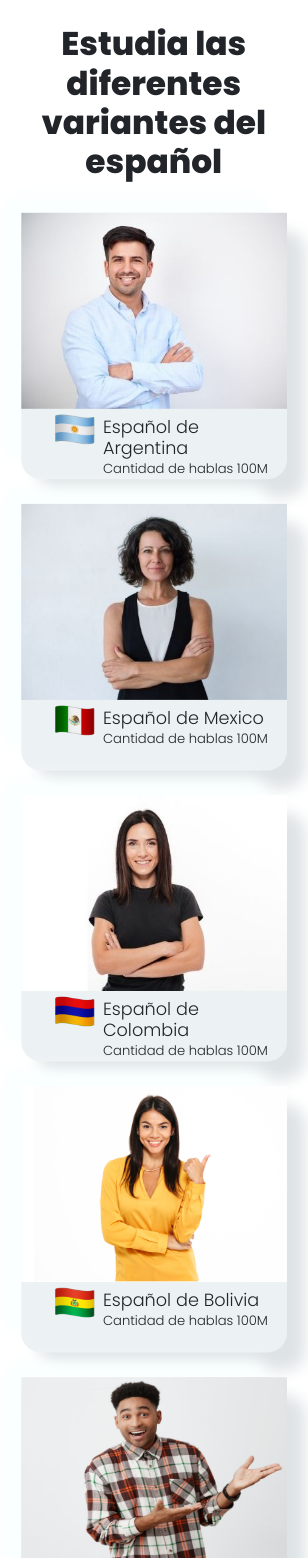
Repository: AgustinGarciaDev/Hispanila
Page: index.html
The author's editor kept a copy of each file at every save. The page is drawn from the files as they stood at one save, then again after the next save.
The browser window is 375 px wide. The pictures show the part of the page from y = 430 to 2330 px (the page is 5410 px tall before and 5214 px after), at 82% of full size.
Some web libraries are served in a nearby version. The style sheet was rebuilt from its Sass, Less or Tailwind sources for each picture, by a compiler version that may differ from the author's.

Above is the page before, as saved 2021-01-28 22:58:20.

### index.html
<!DOCTYPE html>
<html lang="en">

<head>
    <meta charset="UTF-8">
    <title>Inicio</title>
    <meta name="viewport" content="width=device-width, user-scalable=no">
    <meta name="description" content="Encontra profesor que se adecue a tus objetivos y logra tus metas. Aprende las distintas variantes del español en Hispanila">
    <meta name="keywords" content="español , hispanila, profesores, profesor">
    <link rel="stylesheet" href="https://cdnjs.cloudflare.com/ajax/libs/animate.css/4.1.1/animate.min.css" />
    <link rel="stylesheet" href="https://use.fontawesome.com/releases/v5.8.1/css/all.css" integrity="sha384-50oBUHEmvpQ+1lW4y57PTFmhCaXp0ML5d60M1M7uH2+nqUivzIebhndOJK28anvf" crossorigin="anonymous">
    <link rel="preconnect" href="https://fonts.gstatic.com">
    <link rel="preconnect" href="https://fonts.gstatic.com">
    <link href="https://fonts.googleapis.com/css2?family=Poppins:ital,wght@0,200;0,300;0,800;0,900;1,200;1,500&display=swap" rel="stylesheet">
    <link href="https://fonts.googleapis.com/css2?family=Archivo:ital@0;1&display=swap" rel="stylesheet">
    <link href="https://cdn.jsdelivr.net/npm/bootstrap@5.0.0-beta1/dist/css/bootstrap.min.css" rel="stylesheet" integrity="sha384-giJF6kkoqNQ00vy+HMDP7azOuL0xtbfIcaT9wjKHr8RbDVddVHyTfAAsrekwKmP1" crossorigin="anonymous">
    <link rel="stylesheet" href="./css/style.css">
    <link rel="stylesheet" href="stylemod.css">

</head>

<body>
    <header>
        <nav class="navbar navbar-expand-lg navbar-light bg-light nav-color">
            <div class="container-fluid">
                <a class="navbar-brand" href="./index.html"><img class="logo" src="./img/Hispanila_opt.png" alt=""></a>
                <button class="navbar-toggler" type="button" data-bs-toggle="collapse" data-bs-target="#navbarSupportedContent" aria-controls="navbarSupportedContent" aria-expanded="false" aria-label="Toggle navigation">
            <span class="navbar-toggler-icon"></span>
          </button>
                <div class="collapse navbar-collapse" id="navbarSupportedContent">
                    <ul class="navbar-nav me-auto mb-2 mb-lg-0">
                        <li class="nav-item">
                            <a class="nav-link active" aria-current="page" href="./index.html">Inicio</a>
                        </li>
                        <li class="nav-item">
                            <a class="nav-link" href="./we.html">Nosotros</a>
                        </li>
                        <li class="nav-item">
                            <a class="nav-link" href="./contact.html">Contacto</a>
                        </li>
                        <li class="nav-item">
                            <a class="nav-link" href="./searchteacer.html">Buscar profesores</a>
                        </li>
                    </ul>
                </div>
            </div>
        </nav>
    </header>
    <main>
        <div class="hero">
            <div class="box">
                <div class="animate__animated animate__backInLeft">
                    <h1 class="hero__title_h1">Empeza hoy con tus clases de español</h1>
                </div>

                <p class="hero__title_p">Toma tus clases desde cualquier parte del mundo!</p>
                <a class="hero__bottom" href="#" role="button">EMPEZAR HOY</a>
            </div>

        </div>
        <div class="animate__animated animate__backInLeft">
            <h2 class="Tittle_h2">Estudia las diferentes variantes del español</h2>
        </div>
        <div class="block-band">
            <div class="card-band ">

                <a href="./searchteacer.html"> <img class="teacher-photo" src="./img/teacher-arg.jpg" alt=""></a>
                <div class="content-band">
                    <a href="./searchteacer.html"> <img class="band" src="./img/argentina.png" alt=""></a>
                    <div class="info-card">
                        <a href="./searchteacer.html" class="link">
                            <h4>Español de Argentina</h4>
                            <p>Cantidad de hablas 100M</p>
                        </a>
                    </div>
                </div>
            </div>
            <div class="card-band">
                <a href="./searchteacer.html"> <img class="teacher-photo" src="./img/woman-teacher-mex.jpg" alt="profesora de mexico">
                    <div class="content-band">
                        <img class="band" src="./img/mexico.png" alt="">
                        <div class="info-card">
                            <a href="./searchteacer.html" class="link">
                                <h4>Español de Mexico</h4>
                                <p>Cantidad de hablas 100M</p>
                            </a>
                        </div>
                    </div>
                </a>
            </div>

            <div class="card-band">
                <a href="./searchteacer.html"><img class="teacher-photo" src="./img/women-teacher.jpg" alt="">
                    <div class="content-band">
                        <img class="band" src="./img/ecuador.png" alt="">
                        <div class="info-card">
                            <a href="./searchteacer.html" class="link">
                                <h4>Español de Colombia</h4>
                                <p>Cantidad de hablas 100M</p>
                            </a>
                        </div>
                    </div>
                </a>
            </div>
            <div class="card-band ">
                <img class='teacher-photo' src="./img/woman-bo.png " alt=" ">
                <div class="content-band ">
                    <img class="band " src="./img/bolivia.png " alt=" ">
                    <div class="info-card ">
                        <a href="./searchteacer.html" class="link">
                            <h4>Español de Bolivia</h4>
                            <p>Cantidad de hablas 100M</p>
                        </a>

                    </div>
                </div>
            </div>
            <div class="card-band ">
                <img class='teacher-photo' src="./img/teacher-peru.png " alt=" ">
                <div class="content-band ">
                    <img class="band " src="./img/peru.png " alt=" ">
                    <div class="info-card ">
                        <a href="./searchteacer.html" class="link">
                            <h4>Español de Peru</h4>
                            <p>Cantidad de hablas 100M</p>
                        </a>

                    </div>
                </div>
            </div>
            <div class="card-band ">
                <img class='teacher-photo' src="./img/teacher-panama.jpg " alt="profesor de panama ">
                <div class="content-band ">
                    <img class="band " src="./img/panama.png " alt=" ">
                    <div class="info-card ">
                        <a href="./searchteacer.html" class="link">
                            <h4>Español de Panana</h4>
                            <p>Cantidad de hablas 100M</p>
                        </a>

                    </div>
                </div>
            </div>
        </div>
        </div>
        <div class="animate__animated animate__backInLeft ">
            <h2 class="Tittle_h2">¿Por qué estudiar en Hispanila?</h2>
        </div>
        <section>
            <div class="block-band">
                <div class="card__study__resson">
                    <img class="card__study__img" src="/img/svg/character 6.svg" alt="chico sentado en la computadora">
                    <h3 class="card__study_text">Estudia a tu ritmo</h1>
                        <p class="card__study_text">Toma las clases que quieras y en cualquier momento</p>
                        <a class="card__study__btn" href="">Empezar ahora</a>
                </div>
                <div class="card__study__resson">
                    <img class="card__study__img" src="/img/svg/character 16.svg" alt="chico sentado en la computadora">
                    <h3 class="card__study_text">Paga por clase</h1>
                        <p class="card__study_text">Puedes tomar una clase o pagar por pack de clases</p>
                        <a class="card__study__btn" href="">Empezar ahora</a>
                </div>
                <div class="card__study__resson">
                    <img class="card__study__img" src="/img/svg/character 12.svg" alt="chico sentado en la computadora">
                    <h3 class="card__study_text">Aprendizaje personalizado</h1>
                        <p class="card__study_text">Profesores profesionales que guiaran tu aprendizaje</p>
                        <a class="card__study__btn" href="">Empezar ahora</a>
                </div>
            </div>
        </section>
    </main>
    <footer class="footer ">
        <div class="list__footer ">
            <p class="list__footer__p-modifier ">Hispanila</p>
            <li class="list__footer__li-modifier "> <a class="list__footer__a-modifier " href="/index.html ">Inicio</a></li>
            <li class="list__footer__li-modifier "> <a class="list__footer__a-modifier " href="/searchteacer.html ">Encontrar profesores</a></li>
            <li class="list__footer__li-modifier "><a class="list__footer__a-modifier " href="/contacte.html ">Contacto</a></li>
            <li class="list__footer__li-modifier "><a class="list__footer__a-modifier " href="/we.html ">Nosotros</a></li>
            <li class="list__footer__li-modifier "><a class="list__footer__a-modifier " href="/we.html ">Ser profesor</a></li>
        </div>
        <div class="list__footer ">
            <p class="list__footer__p-modifier ">Profesores particulares</p>
            <li class="list__footer__li-modifier "> <a class="list__footer__a-modifier " href=" https://www.facebook.com/ "> Profesores de español Mexicano</a></li>
            <li class="list__footer__li-modifier "><a class="list__footer__a-modifier " href="https://twitter.com/home "> Profesores de español España</a></li>
            <li class="list__footer__li-modifier "><a class="list__footer__a-modifier " href="https://www.instagram.com/ "> Profesores de español Argentino</a></li>
        </div>

        <div class="list__footer ">
            <p class="list__footer__p-modifier "> Redes sociales</p>
            <li class="list__footer__li-modifier "></li><img class="list__footer__img-modifier " src="./img/facebook.svg " alt=" "> <a class="list__footer__a-modifier " href="https://www.facebook.com/ ">Facebook</a></li>
            <li class="list__footer__li-modifier "></li><img class="list__footer__img-modifier " src="./img/gorjeo.svg " alt=" "> <a class="list__footer__a-modifier " href="https://twitter.com/home ">Twitter</a></li>
            <li class="list__footer__li-modifier "></li><img class="list__footer__img-modifier " src="./img/instagram.svg " alt=" "> <a class="list__footer__a-modifier " href="https://www.instagram.com/ ">Instagram</a></li>
        </div>
    </footer>
    <script src="https://cdn.jsdelivr.net/npm/bootstrap@5.0.0-beta1/dist/js/bootstrap.bundle.min.js " integrity="sha384-ygbV9kiqUc6oa4msXn9868pTtWMgiQaeYH7/t7LECLbyPA2x65Kgf80OJFdroafW " crossorigin="anonymous "></script>
</body>

</html>

### stylemod.css
.nav-color {
    background-color: #ff9000 !important;
    height: 65px;
    box-shadow: 2px 2px 4px #d97a00, -5px -5px 4px #ffa600;
}

.nav-link {
    color: white !important;
}

.hero {
    display: grid;
    grid-template-columns: 2fr 2fr;
    height: 600px;
    background-image: url(http://baravdg.com/wp-content/uploads/2021/01/hero-background.png);
    background-position: center;
    background-repeat: no-repeat;
    background-size: cover;
}

.hero .box {
    display: flex;
    flex-direction: column;
    margin: auto;
    padding-left: 30px;
}

.hero__title_h1 {
    color: white;
    font-weight: 700;
    font-size: 50px;
}

.hero__title_p {
    color: white;
    font-size: 30px;
    font-size: 400;
}

.hero__bottom {
    width: 200px;
    color: white;
    padding: 10px;
    text-align: center;
    text-decoration: none;
    font-size: 'Poppins', sans-serif;
    font-weight: 800;
    border-radius: 8px;
    background: linear-gradient(145deg, #ffd529, #d8b322);
}


/* EMPIEZA LAS CARD DE LAS BANDERAS */

.Tittle_h2 {
    text-align: center;
    padding: 30px;
    font-size: 40px;
    font-weight: 800;
}

.block-band {
    display: grid;
    grid-template-columns: repeat(3, 1fr);
    grid-column-gap: 30px;
    grid-row-gap: 30px;
    justify-items: center;
}

.link {
    color: inherit;
    text-decoration: inherit;
}

.card-band {
    border-radius: 24px;
    border-radius: 24px;
    background: #ecf1f4;
    box-shadow: 22px 22px 18px #dee3e5, -22px -22px 18px #faffff;
    width: 400px;
    height: 372px;
}

.content-band {
    display: flex;
    padding-left: 40px;
    padding-bottom: 10px;
}

.info-card {
    padding-top: 9px;
    padding-left: 10px;
}

.info-card h4 {
    margin: 0;
}

.info-card p {
    margin: 0;
    margin-left: 6;
}

.card-band .teacher-photo {
    width: 400px;
    height: 300px;
}

.card-band .band {
    height: 50px;
    width: 50px;
}

.card-prof {
    margin: 40px;
    padding: 40px;
}

.table-proyect {
    padding: 40px;
}


/* SLIDE*/

.card__study__resson {
    width: 300px;
    height: 572px;
}

.card__study__img {
    height: 400px;
    width: 200px;
    display: flex;
    margin: auto;
}

.card__study_text {
    text-align: center;
}

.card__study__btn {
    width: 200px;
    color: white;
    padding: 10px;
    justify-content: center;
    text-decoration: none;
    font-size: 'Poppins', sans-serif;
    font-weight: 800;
    border-radius: 8px;
    background: linear-gradient(145deg, #ffd529, #d8b322);
    display: flex;
    margin: auto;
}


/* CARD  porque estudiar Hispanila*/

.container-hispanila {
    margin-top: 100px;
    display: grid;
    grid-template-columns: repeat(3, 1fr);
    grid-column-gap: 30px;
    grid-row-gap: 30px;
    justify-items: center;
}

.hispanila-card {
    width: 300px;
    height: 400px;
    border: solid 1px black;
    padding: 20px;
    margin: auto;
}

.hispanila-card img {
    width: 300px;
    height: 200px;
}

.hispanila-card h3 {
    text-align: center;
}

.datos {
    display: grid;
    grid-template-columns: 1fr 1fr;
    grid-template-rows: 1fr 1fr;
    grid-column-gap: 10px;
    grid-row-gap: 10px;
}

.search-teacher {
    background: #e7eef3;
}

.container {
    height: 400px;
    width: 100%;
    background: white;
    margin-bottom: 20px;
    margin-top: 20px;
    box-shadow: 20px 20px 51px #c4cacf, -20px -20px 51px #ffffff;
}

.teacher-block {
    padding: 10px;
}

.teacher-date {
    display: flex;
    flex-direction: column;
    padding: 20px;
}

.teacher-date .teacher-score {
    flex-direction: row;
}

.teacher-date img {
    border-radius: 50%;
    height: 100px;
    width: 100px;
    margin: auto;
}

.teacher-date button {
    height: 30px;
    width: 120px;
    margin: auto;
}

.score-teacher {
    margin: auto;
    padding: 20px 0 20px 0;
    color: #FEC400;
}

.teacher-information {
    display: flex;
    flex-direction: column;
}

.teacher-information h1 {
    font-size: 20px;
}

.teacher-date-personal {
    display: flex;
    flex-direction: row;
    justify-content: space-between;
}

.teacher-posicion {
    display: inline;
}

.title-teacher p {
    font-size: 16px;
    font-weight: 200;
    margin: 4px;
}

.teacher-precie {
    font-size: 18px;
    font-weight: bold;
}

.teacher-posicion h4 {
    font-size: 20px;
    font-weight: 200;
}

.teacher-posicion .teacher-divider-card {
    border: solid 1px red;
    width: 15px;
    height: 3px;
    background: red;
}

.teacher-learning {
    font-weight: bold;
}

.level {
    display: inline-block;
    margin: 2px;
    height: 19px;
    width: 4px;
    background: red;
}

.level-four-lenguage {
    background: #dee3e5
}

.level-five-leanguage {
    background: #dee3e5
}

@media (max-width: 890px) {
    .block-band {
        grid-template-columns: repeat(2, 1fr);
    }
    .card-band .teacher-photo {
        width: 324px;
        height: 239px;
    }
    .card-band {
        width: 324px;
        height: 325px;
    }
}

@media (max-width: 520px) {
    .hero {
        height: 360px;
    }
    .block-band {
        grid-template-columns: none;
    }
    .carousel-item img {
        height: 240px;
    }
    .card__study__resson {
        width: 300px;
        height: 572px;
    }
    .nav-color {
        height: 70px;
    }
    .logo {
        margin-top: -20px;
    }
    .hero__title_h1 {
        font-size: 31px;
    }
    .hero__title_p {
        font-size: 17px;
    }
}

### scss/style.scss
@import"variables";
@import "header";
@import "footer";
@import "body";
@import "contac";
@import "profile";
@import "aboutUs";

### scss/_variables.scss
/* TIPOGRAFIAS */

$font-body: 'Poppins',
sans-serif;

/* SIZE TIPOGRAFIAS */

$nameteacher: 16px;
$titulocontacto: 20px;

/* ICONOS COLOR */

$color-start-icon: #FEC400;
$color-social:gray;

/*Color background*/

$color-box: linear-gradient(145deg, #d8e8f2, #b6c3cb);

/*Padding*/

$padding-currilum: 40px;

### scss/_header.scss
header {
    position: sticky;
    top: 0;
    z-index: 5;
}

### scss/_footer.scss
.footer {
    background-color: #F2F7FD;
    display: grid;
    grid-template-columns: repeat(3, 1fr);
    padding: 40px;
}

.list__footer__p-modifier {
    font-size: 20px;
}

.list__footer__li-modifier {
    list-style: none;
    align-items: center;
    display: flex;
    margin-bottom: 12px;
}

.list__footer__a-modifier {
    text-decoration: none;
    color: #252b2f;
}

.list-footer a:hover {
    text-decoration: underline;
}

.list__footer__img-modifier {
    width: 30px;
    height: 30px;
    margin-right: 8px;
}

@media (max-width: 768px) {
    .footer {
        display: flex;
        flex-wrap: wrap;
    }
    .list__footer {
        padding-left: 10px;
        padding-right: 10px;
        justify-content: center;
    }
}

@media (max-width: 520px) {}

### scss/_body.scss
body {
    margin: 0;
    font-family: $font-body;
}

### scss/_contac.scss
.row {
    margin-right: 0;
}

.email_img {
    width: 100%;
}

.icons__list {
    display: flex;
    justify-content: center;
}

.icons__list_a {
    text-decoration: none;
    color: $color-social;
    padding-bottom: 10px;
    padding-left: 5px;
    padding-right: 5px;
}

.icons__list__redsocial {
    display: flex;
    flex-direction: row;
    padding-top: 10px;
    justify-content: center;
}

.icons__list_logo_Redes {
    color: $color-social;
    font-size: 35px;
    margin: 0 10px;
}

.text-contact__h2 {
    font-size: $titulocontacto;
}

@media (max-width: 520px) {
    .text-contact__h1 {
        text-align: center;
    }
    .text-contact__h2 {
        font-size: $titulocontacto -7;
        text-align: center;
    }
}

### scss/_profile.scss
    .layout {
        display: grid;
        grid-template-columns: 2fr 1fr;
        grid-template-rows: 1fr;
        grid-column-gap: 10px;
        grid-row-gap: 10px;
        padding: 20px;
    }

    .layout__infoteache__video-modifier {
        width: 100%;
        height: 500px;
    }

    .layout__profile {
        border-radius: 8px;
        background: #ffffff;
        box-shadow: 8px 8px 55px #d9d9d9, -8px -8px 55px #ffffff;
    }

    .layaout__datachecher__layout__img-modifier {
        width: 80px;
        height: 80px;
        border-radius: 50%;
        display: flex;
        margin: auto;
    }

    .layaout__datachecher__h1-modifier {
        font-size: 30px;
        font-weight: 600;
    }

    .layaout__datachecher__h2-modifier {
        font-size: 14px;
    }

    .scoreteacher {
        display: flex;
        flex-direction: row;
    }

    .scoreteacher__icon--modifier {
        color: $color-start-icon;
        margin-top: 28px;
        margin-bottom: 2px;
    }

    .scoreteacher__number--modifier {
        margin-top: 26px;
        margin-bottom: 2px;
        padding-left: 9px;
    }

    .layout__sepator {
        border: 1px solid #10101030;
        margin: 10px;
    }

    .card {
        margin-bottom: 15px;
        margin-top: 15px;
    }

    .card-body {
        display: flex;
    }

    .clases__titulo-Modifier {
        font-size: 25px;
        font-size: 500;
    }

    .curriculum {
        margin: 30px 0;
        border-radius: 8px;
        background: #ffffff;
        box-shadow: 8px 8px 55px #d9d9d9, -8px -8px 55px #ffffff;
        padding: $padding-currilum;
    }

    .lessons__box {
        padding: 40px;
        margin: 30px 0;
        border-radius: 8px;
        background: #ffffff;
        box-shadow: 8px 8px 55px #d9d9d9, -8px -8px 55px #ffffff;
    }

    .Comentary {
        margin-top: 20px;
        background: #ffffff;
        box-shadow: 8px 8px 55px #d9d9d9, -8px -8px 55px #ffffff;
        padding: 30px;
    }

    .personaldata {
        display: flex;
        flex-direction: row;
    }

    .Comentary__grid {
        margin-top: 40px;
        display: grid;
        grid-template-columns: 1fr 1fr;
        grid-template-rows: 1fr 1fr 1fr;
        grid-row-gap: 30px;
    }

    .Comentary__layout {
        width: 350px;
        height: 140px;
        padding: 10px;
        background: rgba( 255, 255, 255, 0.00);
        box-shadow: 0 8px 10px 0 rgba( 31, 38, 135, 0.37);
        border-radius: 10px;
    }

    .personaldata img {
        border-radius: 50%;
        width: 50px;
        height: 50px;
    }

    .Reserva {
        position: sticky;
        top: 100px;
        height: 350px;
        border-radius: 8px;
        background: #ffffff;
        box-shadow: 8px 8px 55px #d9d9d9, -8px -8px 55px #ffffff;
    }

    .Reserva__precios_layout {
        padding-bottom: 10px;
        padding-top: 10px;
    }

    .boton__ML {
        display: flex;
        justify-content: center;
    }

    .mercadopago-button {
        height: 40px;
        font-weight: 300px;
        font-family: $font-body;
        background-color: #00b1ff!important;
        width: 100%;
        border-radius: 1px;
        background: $color-box;
        box-shadow: 5px 5px 9px #b8c5ce, -5px -5px 9px #dcedf6;
    }

    .Reserva__divider {
        border: 1px solid gray;
    }

    .Reserva__contact {
        text-align: center;
        padding: 20px;
    }

    .Reserva__contact_boton {
        display: block;
        font-weight: 400;
        padding: 20px;
        text-decoration: none;
        color: white;
        background: #48af41!important;
        border-radius: 1px;
        border-radius: 1px;
        background: $color-box;
        box-shadow: 5px 5px 9px #b8c5ce, -5px -5px 9px #dcedf6;
    }
    /* Responsive */

    @media (max-width: 890px) {
        .layout {
            display: flex;
            flex-direction: column;
        }
        .Comentary__grid {
            display: flex;
            flex-wrap: wrap;
        }
        .Comentary__layout {
            width: 100%;
        }
        .Reserva {
            position: relative;
            top: 0;
            width: 100%;
            height: 350px;
        }
    }

    @media (max-width: 520px) {
        .layout__infoteache__video-modifier {
            height: 240px;
        }
        .layout__scoreteacher {
            margin-left: 132px;
        }
        .layout__dateacher_info {
            margin-left: -9px;
        }
        .Reserva__contact_boton {
            width: 200px;
            height: 70px;
            display: inline-block;
            padding: 10px;
        }
        .card-body {
            flex-direction: column;
            align-items: center;
        }
        .curriculum {
            padding: $padding-currilum -30;
        }
    }

### scss/_aboutUs.scss
    .About__tittle-h1 {
        text-align: center;
        padding: 20px 0;
    }

    .About__img {
        display: flex;
        justify-content: center;
        align-items: center;
    }

    .About__img--modifier {
        width: 900px;
        height: 600px;
    }

    .About__history {
        text-align: center;
        margin: 10px 500px;
    }

    .About_compromise_img {
        width: 400px;
        height: 300px;
    }

    .Value {
        margin-top: 40px;
    }

    .Value_p--modifier {
        font-size: 40px;
        font-weight: 500px;
    }

    @media (max-width: 890px) {
        .About__img--modifier {
            width: 100%;
            height: auto;
        }
        .About__history {
            margin: 10px 20px;
        }
    }

    @media (max-width: 570px) {
        .About_compromise_img {
            height: 300px;
        }
        .About_compromise__responsive {
            flex-direction: column-reverse;
            display: flex;
        }
        .Value {
            display: flex;
            align-items: center;
            justify-content: center;
        }
        .Value__box {
            display: flex;
            flex-direction: column;
            justify-content: center;
        }
    }

After the next save:
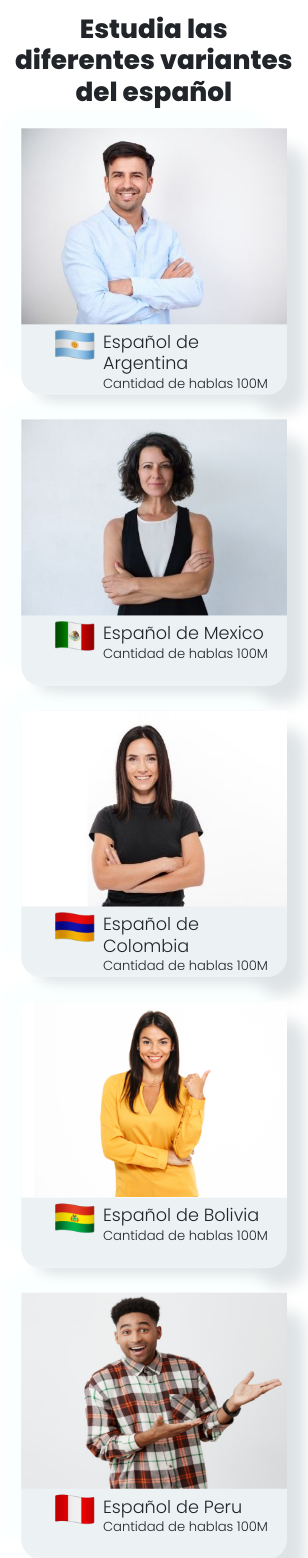
Saved 82 s later.
--- a/stylemod.css
+++ b/stylemod.css
@@ -338,4 +338,10 @@
     .hero__title_p {
         font-size: 17px;
     }
-}
+    .Tittle_h2 {
+        text-align: center;
+        padding: 17px;
+        font-size: 32px;
+        font-weight: 800;
+    }
+}
